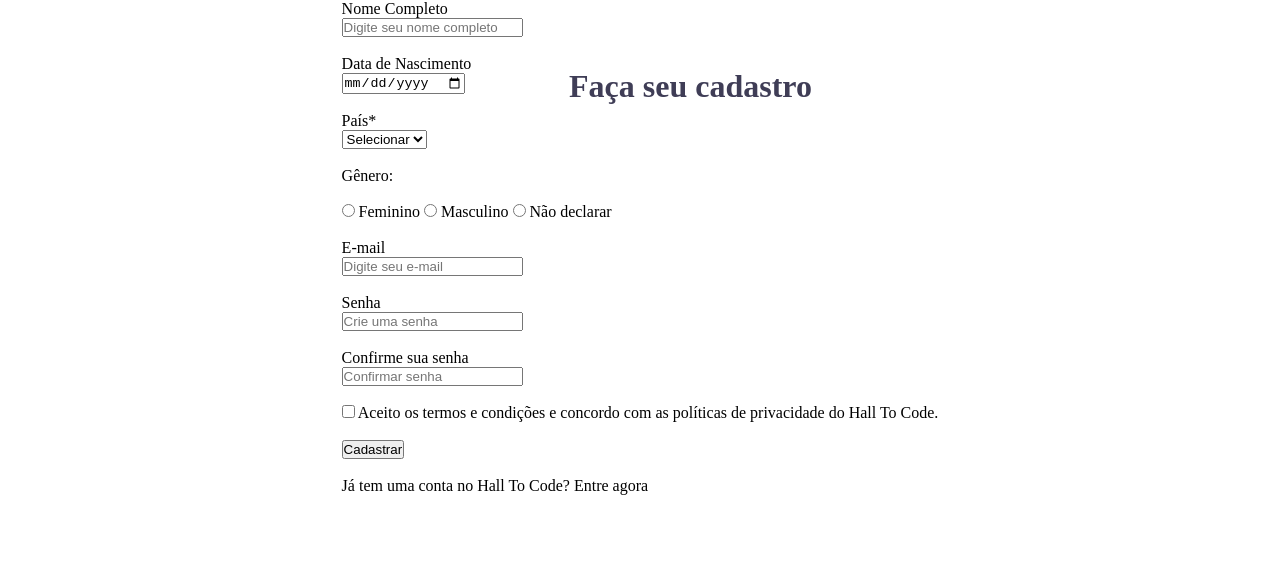
Repository: RenatoCCS/formularios
Page: cadastro.html
An editor plug-in stored every save of this project. The page is shown before and after the next save, followed by the edit.
The browser window is 1280 px wide. The pictures show the whole page.

Above is the page before, as saved 2023-03-21 14:30:15.

### cadastro.html
<!DOCTYPE html>
<html lang="pt-br">
  <head>
    <meta charset="UTF-8" />
    <meta http-equiv="X-UA-Compatible" content="IE=edge" />
    <meta name="viewport" content="width=device-width, initial-scale=1.0" />
    <link rel="stylesheet" href="style.css" />
    <title>Faça seu cadastro</title>
  </head>

  <body class="container">
    <form action="" class="form__Cadastro">
      <h1 class="form__Cadastro__titulo">Faça seu cadastro</h1>

      <label for="name">Nome Completo</label>
      <br />
      <input
        id="name"
        type="text"
        name="name"
        placeholder="Digite seu nome completo"
      />
      <br /><br />

      <label for="date">Data de Nascimento</label>
      <br />
      <input id="date" type="date" name="date" placeholder="dd/mm/aaaa" />
      <br /><br />

      <label for="options__Cascading">País*</label><br />
      <select name="opções" id="options__Cascading ">
        <option>Selecionar</option>
        <option>Brasil</option>
        <option>Argentina</option>
        <option>Chile</option>
        <option>Uruguai</option>
      </select>
      <br /><br />

      <section>
        <legend>Gênero:</legend>
        <br />
        <input id="option__Button__Feminino" type="radio" name="botão" />
        <label for="option__Button__Feminino">Feminino</label>

        <input id="option__Button__Masculino" type="radio" name="botão" />
        <label for="option__Button__Masculino">Masculino</label>

        <input id="option__Button__Naodeclarar" type="radio" name="botão" />
        <label for="option__Button__Naodeclarar">Não declarar</label>
      </section>
      <br />

      <label for="email">E-mail</label>
      <br />
      <input
        id="email"
        type="email"
        name="email"
        placeholder="Digite seu e-mail"
      />
      <br /><br />

      <label for="password">Senha</label>
      <br />
      <input
        id="password"
        type="password"
        name="senha"
        placeholder="Crie uma senha"
      />
      <br /><br />

      <label for="confirm__Password">Confirme sua senha</label>
      <br />
      <input
        id="confirm__Password"
        type="password"
        name="confirmar__Senha"
        placeholder="Confirmar senha"
      />
      <br /><br />

      <input type="checkbox" name="termos" id="term" />
      <label for="term"
        >Aceito os termos e condições e concordo com as políticas de privacidade
        do Hall To Code.</label
      ><br /><br />

      <button type="submit">Cadastrar</button>
      <br /><br />

      <p>Já tem uma conta no Hall To Code? Entre agora</p>
    </form>
  </body>
</html>

### style.css
@import url('https://fonts.googleapis.com/css2?family= Roboto :wght@400;700 & display=swap');

* {
  margin: 0;
  padding: 0;
}

:root {
  --primeira-cor: #3f3d56;

  --fonte-primaria: 'Roboto', sans-serif;
}

.container {
  display: flex;
  justify-content: center;
}

.form__Cadastro__titulo {
  position: absolute;
  width: 302px;
  height: 43px;
  left: 569px;
  top: 68px;
  color: var(--primeira-cor);
}

After the next save:
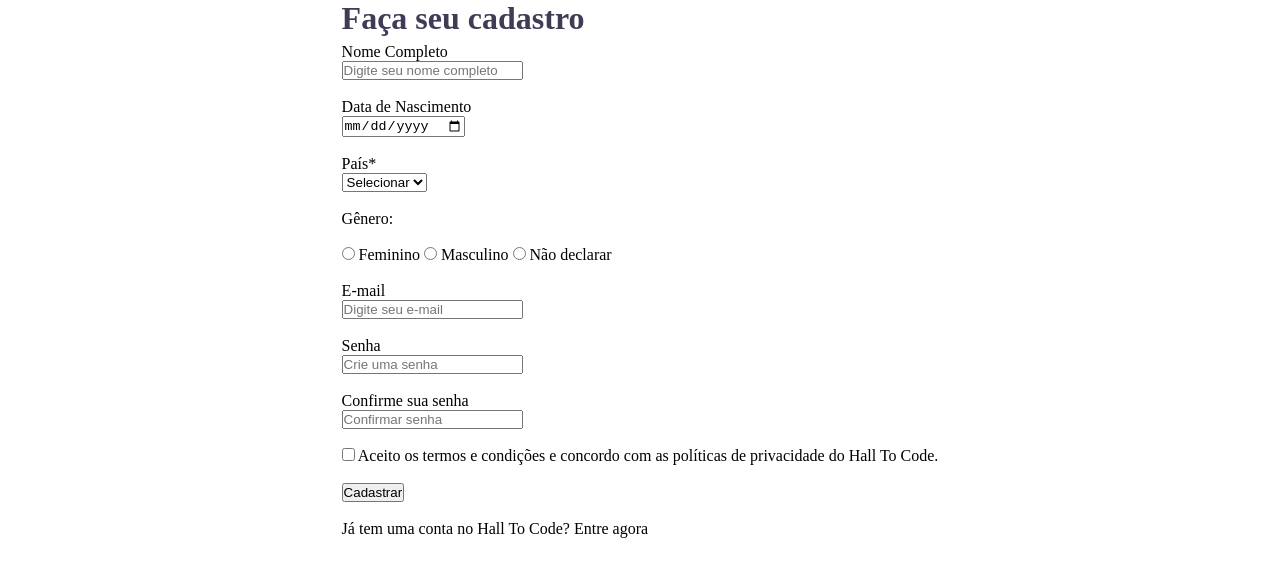
Saved 40 s later.
--- a/style.css
+++ b/style.css
@@ -17,7 +17,6 @@
 }
 
 .form__Cadastro__titulo {
-  position: absolute;
   width: 302px;
   height: 43px;
   left: 569px;

After the save that followed:
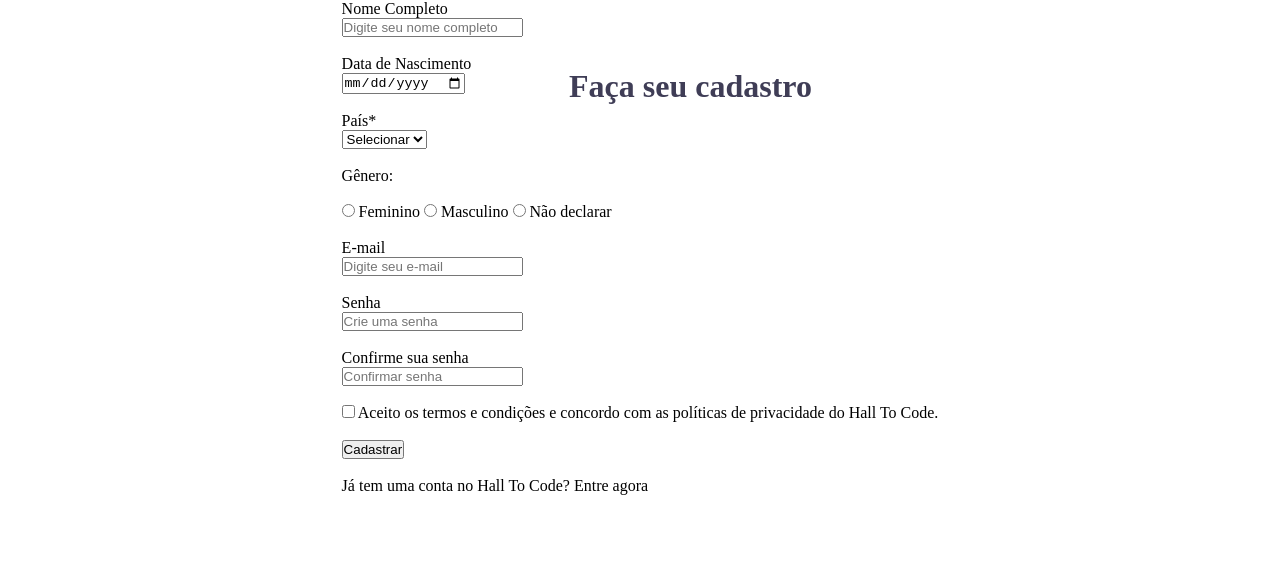
Saved 13 s later.
--- a/style.css
+++ b/style.css
@@ -17,6 +17,7 @@
 }
 
 .form__Cadastro__titulo {
+  position: absolute;
   width: 302px;
   height: 43px;
   left: 569px;
